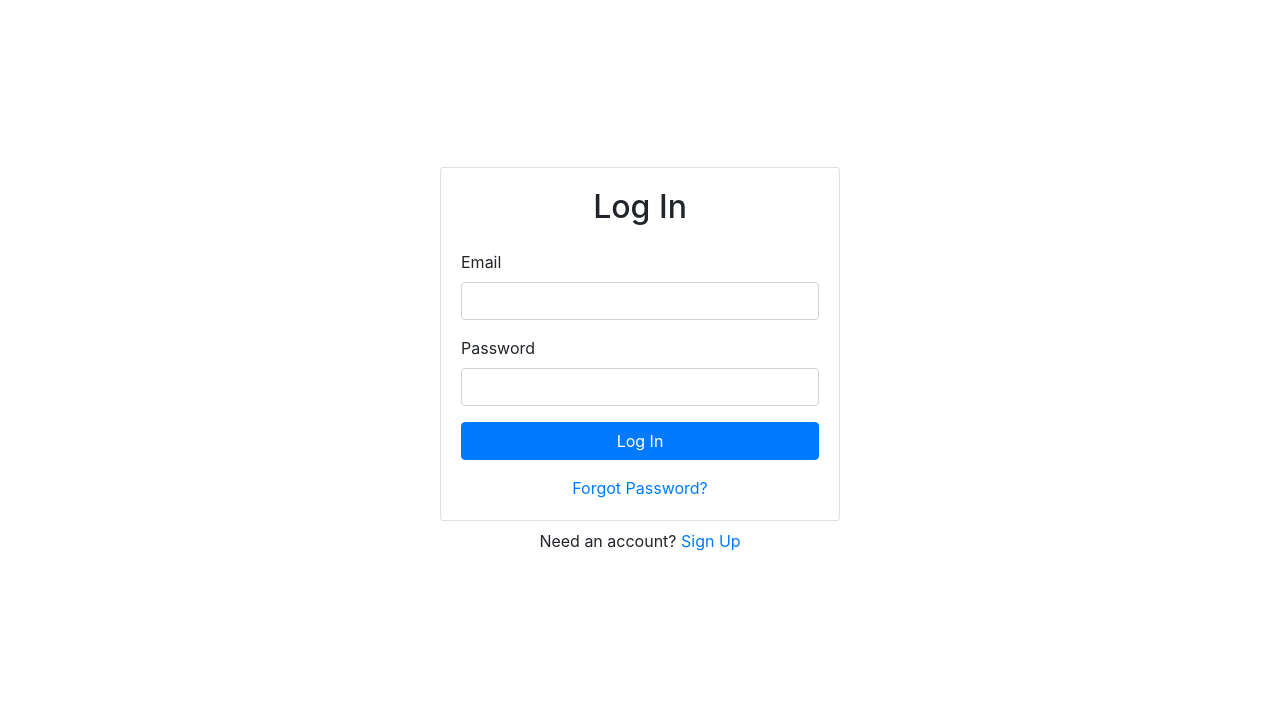
Repository: mel-berk/file-sharing
Page: /login
An editor plug-in stored every save of this project. The page is shown before and after the next save, followed by the edit.
The browser window is 1280 px wide. The pictures show the whole page.
The project was rebuilt for these pictures with package versions that can differ from the ones it lists, and the page was loaded fresh each time. Also part of the build but not shown: src/components/authentication/Signup.js, src/components/authentication/Landing.js, src/components/authentication/Profile.js, src/components/authentication/navbar2.js, src/components/authentication/PrivateRoute.js, src/components/authentication/ForgotPassword.js, src/components/authentication/UpdateProfile.js, src/hooks/useFolder.js and 7 more. Imported but missing from the stored project, and not drawn on this page: src/components/authentication/authentication/navbar2.

Above is the page before, as saved 2021-06-13 23:55:57.

After the next save:
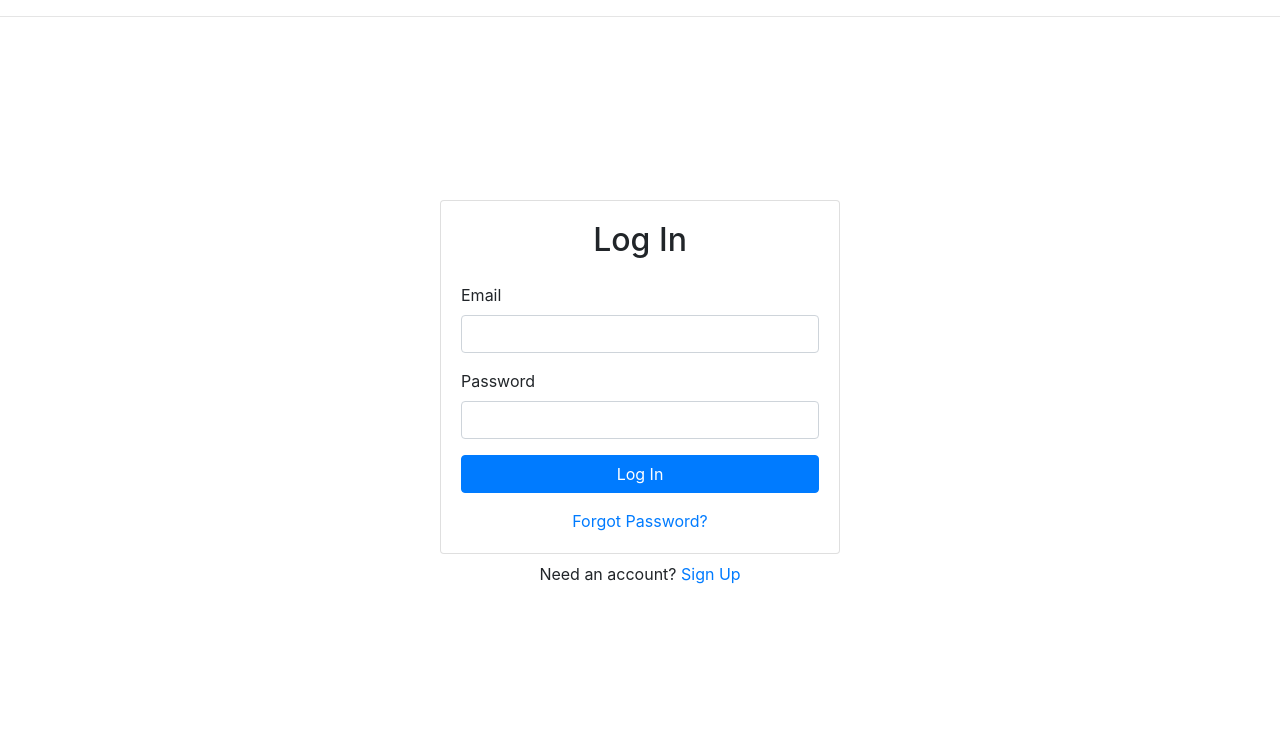
Saved 78 s later.
--- a/src/components/authentication/Login.js
+++ b/src/components/authentication/Login.js
@@ -30,34 +30,35 @@ export default function Login() {
 
   return (
     <div>
-    <navbar2/>
-    <CenteredContainer>
-      <Card>
-        <Card.Body>
-          <h2 className="text-center mb-4">Log In</h2>
-          {error && <Alert variant="danger">{error}</Alert>}
-          <Form onSubmit={handleSubmit}>
-            <Form.Group id="email">
-              <Form.Label>Email</Form.Label>
-              <Form.Control type="email" ref={emailRef} required />
-            </Form.Group>
-            <Form.Group id="password">
-              <Form.Label>Password</Form.Label>
-              <Form.Control type="password" ref={passwordRef} required />
-            </Form.Group>
-            <Button disabled={loading} className="w-100" type="submit">
-              Log In
-            </Button>
-          </Form>
-          <div className="w-100 text-center mt-3">
-            <Link to="/forgot-password">Forgot Password?</Link>
-          </div>
-        </Card.Body>
-      </Card>
-      <div className="w-100 text-center mt-2">
-        Need an account? <Link to="/signup">Sign Up</Link>
-      </div>
-    </CenteredContainer>
+      <navbar2/>
+      <hr />
+      <CenteredContainer>
+        <Card>
+          <Card.Body>
+            <h2 className="text-center mb-4">Log In</h2>
+            {error && <Alert variant="danger">{error}</Alert>}
+            <Form onSubmit={handleSubmit}>
+              <Form.Group id="email">
+                <Form.Label>Email</Form.Label>
+                <Form.Control type="email" ref={emailRef} required />
+              </Form.Group>
+              <Form.Group id="password">
+                <Form.Label>Password</Form.Label>
+                <Form.Control type="password" ref={passwordRef} required />
+              </Form.Group>
+              <Button disabled={loading} className="w-100" type="submit">
+                Log In
+              </Button>
+            </Form>
+            <div className="w-100 text-center mt-3">
+              <Link to="/forgot-password">Forgot Password?</Link>
+            </div>
+          </Card.Body>
+        </Card>
+        <div className="w-100 text-center mt-2">
+          Need an account? <Link to="/signup">Sign Up</Link>
+        </div>
+      </CenteredContainer>
     </div>
   )
 }
